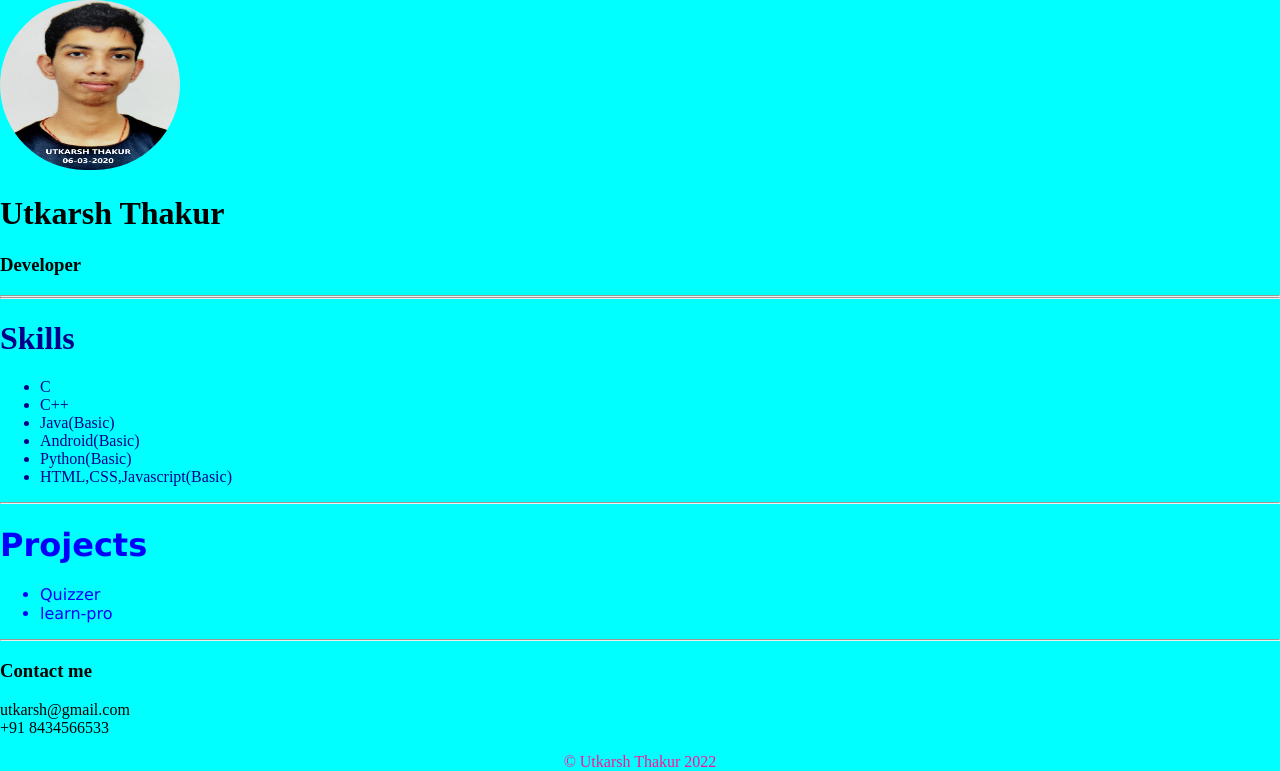
Repository: UtkarshThakur321/Utkarsh-Thakur-Profile
Page: index.html
These files come from the project's save history. The page is drawn as it stood at one moment and after the next save; the edit follows.
The browser window is 1280 px wide. The pictures show the whole page.

Above is the page before, as saved 2022-01-18 22:07:18.
Not found: main.js

After the next save:
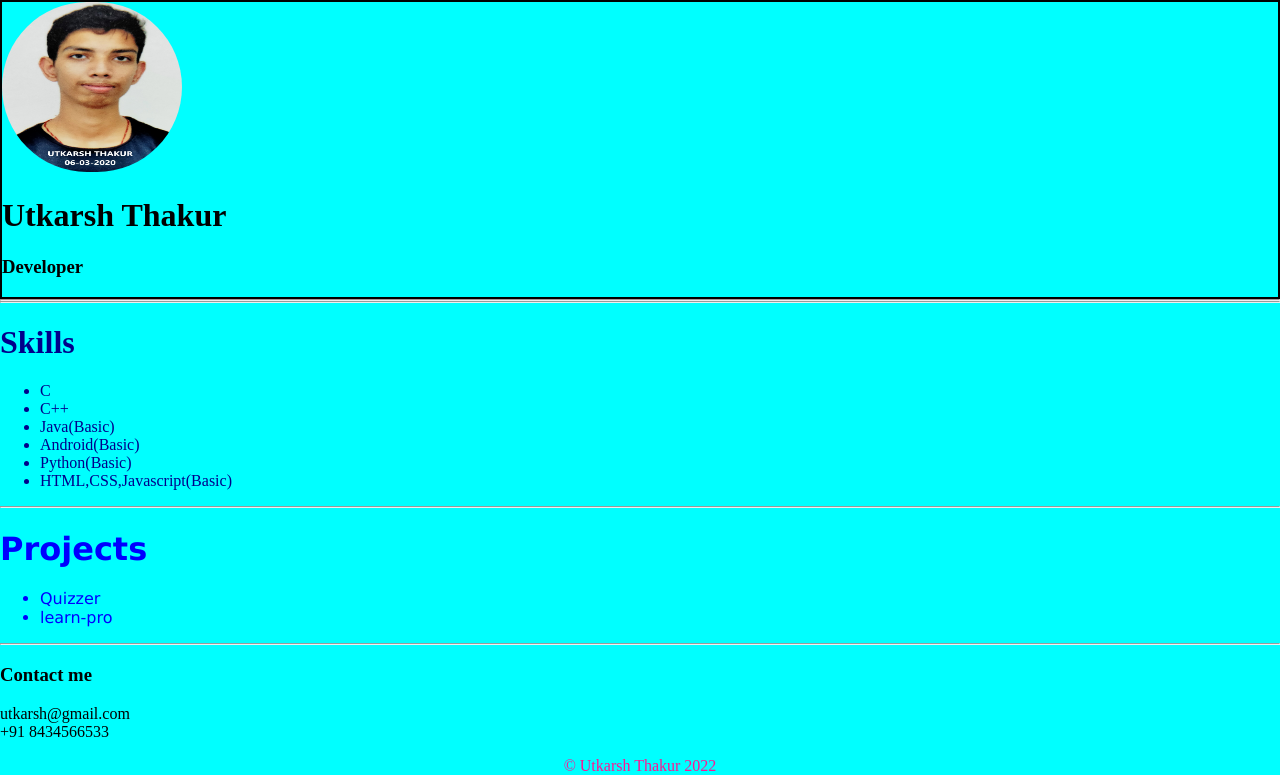
Saved 37 s later.
--- a/index.css
+++ b/index.css
@@ -3,6 +3,9 @@ body{
     margin:0px;
     background-color:aqua
 
+}
+#intro{
+    border:2px solid black;
 }
 
 #profileImage>img{
